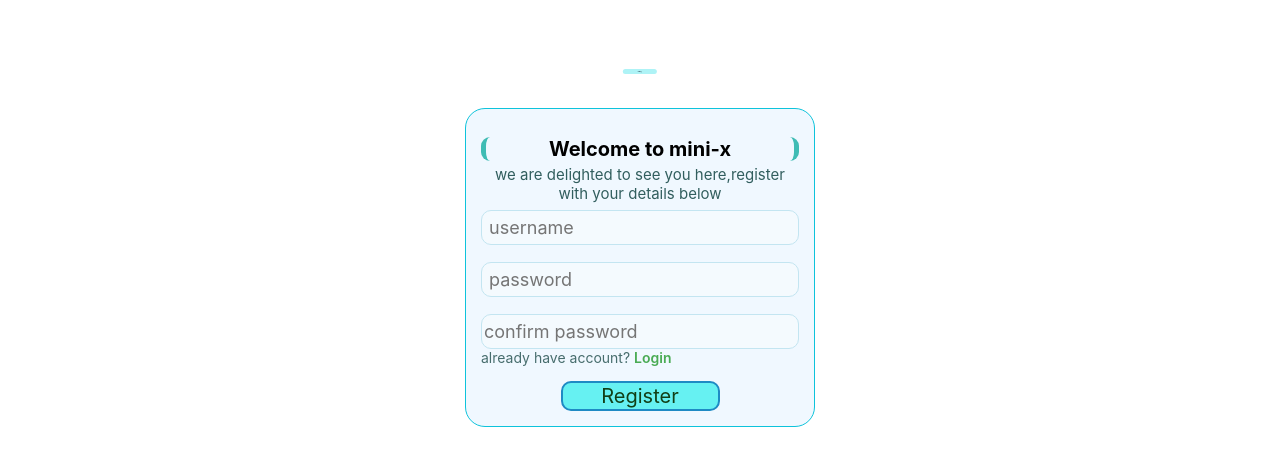
Repository: Usmanashir33/second-app
Page: /
These files come from the project's save history. The page is drawn as it stood at one moment and after the next save; the edit follows.
The browser window is 1280 px wide. The pictures show the whole page.
Some web libraries are served in a nearby version. The project was rebuilt for these pictures with package versions that can differ from the ones it lists, and the page was loaded fresh each time. Also part of the build but not shown: src/PostForm.js, src/Home.js, src/useFetch.js, src/CommentForm.js, src/PostCard.js, src/Posts.js, src/useGetUser.js, src/profile.css and 14 more.

Above is the page before, as saved 2024-07-24 09:56:19.

### public/index.html
<!DOCTYPE html>
<html lang="en">
  <head>
    <meta charset="utf-8" />
    <link rel="icon" href="%PUBLIC_URL%/favicon.ico" />
    <meta name="viewport" content="width=device-width, initial-scale=1" />
    <meta name="theme-color" content="#000000" />
    <meta
      name="description"
      content="Web site created using create-react-app"
    />
    <script src="https://kit.fontawesome.com/92b967c5a5.js" crossorigin="anonymous"></script>
    <link rel="apple-touch-icon" href="%PUBLIC_URL%/logo192.png" />
    <!--
      manifest.json provides metadata used when your web app is installed on a
      user's mobile device or desktop. See https://developers.google.com/web/fundamentals/web-app-manifest/
    -->
    <link rel="manifest" href="%PUBLIC_URL%/manifest.json" />
    <!--
      Notice the use of %PUBLIC_URL% in the tags above.
      It will be replaced with the URL of the `public` folder during the build.
      Only files inside the `public` folder can be referenced from the HTML.

      Unlike "/favicon.ico" or "favicon.ico", "%PUBLIC_URL%/favicon.ico" will
      work correctly both with client-side routing and a non-root public URL.
      Learn how to configure a non-root public URL by running `npm run build`.
    -->
    <title>React App</title>
  </head>
  <body>
    <noscript>You need to enable JavaScript to run this app.</noscript>
    <div id="root"></div>
    <!--
      This HTML file is a template.
      If you open it directly in the browser, you will see an empty page.

      You can add webfonts, meta tags, or analytics to this file.
      The build step will place the bundled scripts into the <body> tag.

      To begin the development, run `npm start` or `yarn start`.
      To create a production bundle, use `npm run build` or `yarn build`.
    -->
  </body>
</html>

### src/index.css

*{
  /* border: 1px solid ; */
  box-sizing: border-box;
  font-size: 20px;
  font-family:Arial, Helvetica, sans-serif;
  font-family: TwitterChirp, -apple-system, BlinkMacSystemFont, "Segoe UI", Roboto, Helvetica, Arial, sans-serif;
}
.normal{
  font-weight:normal;
}
:root{
  --sidebar-width:10%;
  --col1-width:65%;
  --col2-width:40%;
  --header-height:11.5vh;
  --border-color: rgb(140, 145, 145);
  --small-txt :16.5px;
  --small-txt-nav :13px;
  --small-txt-color:rgb(99, 98, 98);
  --post-card-hovor-bg : rgba(234, 234, 234, 0.375);
}
body{
  color-scheme: light;
  -webkit-text-size-adjust: 100%;
  -webkit-tap-highlight-color: rgba(0, 0, 0, 0);
}
.post-home-form{
  margin-top: 24px;
}
.inline{
  display: inline;
}
.block{
  display: block;
}
.bold{
  font-weight: 600;
}
.i-sizes{
  font-size: 26px;
  color:var(--small-txt-color);
}
.center-v{
  align-items: center;
}
.mr-back{
  margin: 10px 50px 0px 10px;
}
.simple-link{
  text-decoration: none;
  color: rgba(17, 50, 213, 0.918) !important;
}
.muted-txt{
  color: var(--small-txt-color);
}
.borderless{
  border: 0px !important;
}
.flex{
  display: flex;
}
.flex-center-colum{
  display: flex;
  flex-direction: column;
  align-items: center;
  justify-content: center;
}
.grid-center{
  display: flex;
  align-items: center;
  justify-content: center;
}
.v-line{
  background-color: red;
  border-left: 2px solid var(--border-color);
  height: 100%;
  margin-bottom: 10px;
}
.main-container{
  width: 100%;
  background-color: rgb(255, 255, 255) ;
  /* background-color: rgb(223, 45, 45) ; */
  position:relative;
}

.flex-end{
  display: flex;
  justify-content: space-between;
}

.add-media{
  color: rgb(16, 194, 244);
}
#add-post{
  background-color: rgb(16, 194, 244);
  border-radius: 20px;
  border: 1px;
  color: white;
  padding: 1px 13px 0px 13px;
}
.sidebar{
  background-color: rgb(255, 255, 255) ;
  position: fixed;
  top: 0px;
  display: grid;
  justify-content:end;
  width: var(--sidebar-width);
  border-right: 2px solid var(--border-color);
  padding: 0px 8px;
  height:100vh;
  overflow: hidden ;
  overflow-y:scroll;
  scrollbar-color: rgba(153, 183, 194, 0.991) white;
}

.container{
  display: flex;
  position:absolute;
  top:-9px;
  width:85%;
  margin-left: calc(var(--sidebar-width) + 5px);
}

.sidebar a,.sidebar div {
  height: 50px;
  margin: 10px 05px;
  justify-content: center;
  color: rgb(10, 10, 23);
}
#logo{
  width: 100%;
  height: 100%;
  object-fit:fill;
  /* border: 2px solid yellow; */
  border-radius: 50px;
}
.side-element i{
  font-size:25px ;
  padding: 12px;
  border-radius: 50px;
}
.side-element i:hover{
  background-color: rgba(171, 175, 184, 0.381);
}
.col1,.col1-clone{
  background-color: #eff0ec35;
  width: 60%;
  max-height: 100vh;
  /* overflow-y:auto; */
}
.home-container{
  width:100%;
  /* border: 5px solid red; */
}
.comment-container{
  background-color: white !important;
  width: 50% !important;
  min-width: 430px;
  left: 50%;
  transform: translateX(-50%);
  margin: 0px auto;
  border: 2px solid var(--border-color);
  border-radius: 10px;
  padding: 5px;
}
.comment-form{
  /* width:unset !important; */
  background-color: white;
  border-radius: 20px;
}
.float-form{
  position: fixed;
  top : 20%;
  /* transform: translateY(-50%); */
  z-index: 9999;
}
.relative{
  position:relative;
}
.form-header{
  display: flex;
  justify-content: space-between;
  margin:5px 0px 10px 0px;
}
.back{
  display: none;
}
.back:hover,.cancel:hover{
  padding: 5px;
  border-radius: 50px;
  background-color: rgba(171, 175, 184, 0.381);
}
#reply-button{
  border-radius:20px ;
  background-color:rgb(27, 188, 246);
  color: white;
  border: 0px;
  padding: 2px 15px;
}
.right-top{
  position: absolute;
  right:2px;
  top: 0px;
}
.right-bottom{
  position: absolute;
  right:2px;
  bottom: 0px;
}
.small-txt{
  font-size:16px;
}
textarea{
  min-width: 100%;
  max-width: 100%;
  max-height: 40vh;
  background-color: unset;
  padding: 12px;
  border: 0px;
  resize:none;
  /* overflow: hidden; */
}
textarea:focus-within{
  outline: none;
  /* background-color: red; */
}
.form-footer{
  display: flex;
  margin:5px 0px 10px 0px;
}
.comment-upload-label{
  color: rgb(12, 130, 234);
}
.comment-upload-label > i{
  width: 80px;
  font-size: 25px;
  /* font-weight: bold; */
}

#comment-file-input{
  /* display: none; */
}

.hidden{
 display: none;
}

.space-fixed{
  position:-webkit-sticky;
  position: sticky;
  top: 70px;
}
.fixed{
  position: fixed;
  top: 5px;
  width: 100%;
}
.cols-container{
  display: flex;
  margin-left: calc(var(--sidebar-width) + 3px);
}
.col2{
  /* display: none; */
  /* position: absolute; */
  /* right: 5px; */
  margin-left: 6px;
  top: 0px;
  padding: 10px 20px;
  width: var(--col2-width);
}
.search-icon {
  display: inline;
  position: absolute;
  left: 12px;
  top: 12px;
  color: rgba(115, 112, 112, 0.825);
}
.search-form input{
  width:88%;
  border-radius: 20px;
  height: 2.1rem;
  padding: 0px 39px;
  background-color: rgb(224, 238, 250);
  border: 0px;
}
.relative{
  position: relative;
}
.search-form,.page-header,.sticky-top{
  background-color: rgba(255, 255, 255, 0.95);
  /* background-color: rgba(241, 26, 26, 0.982); */
  position: -webkit-sticky;
  position: sticky;
  top: 0;
  padding-top: 5px;
  z-index: 9999;
}
.search-form{
  height: var(--header-height);
}
.page-header{
  height: auto;
  max-width: 600px;
}
.header-txt{
  font-weight: bolder;
  margin-bottom: 10px;

}
.header-links{
  display: flex;
  width: 100%;
  text-align: center;
  overflow-x: hidden;
}
.header-link{
  text-decoration: none;
  cursor: pointer;
  /* background-color: red; */
  /* background-color: rgba(199, 196, 196, 0.419); */
  padding: 3px 7px 8px 7px ;
  padding: 15px ;
  text-align: center;
  height: 100%;
  color: var(--small-txt-color);
  font-weight: 500;
}
.header-link:focus{
  border-bottom: 3PX SOLID rgb(86, 160, 246);
  border-radius:0px 0px 5px 5px;
  outline: none;
}
.active{ /* tthis is for react NavLink  */
  border-bottom: 2px solid rgb(86, 160, 246);
  border-radius:0px 0px 2px 2px;
  outline: none;
}
.header-link:hover{
  background-color: rgba(199, 196, 196, 0.419);
}
.search-form input:active{
  background-color: rgba(255, 255, 255, 0.169);
  border: 1px solid rgb(99, 206, 233);
}
.posts-container{
  height: max-content;
}
.post-card{
  max-width: 600px;
  display: flex;
  padding-top: 8px;
  /* margin-bottom: 5px; */
  border-bottom: 1px solid rgb(211, 210, 210);
}
.post-card:hover{
  background-color: var(--post-card-hovor-bg)
}
.post-col1{
  width: 15%;
  display: flex;
  justify-content: center;
  /* align-items: center; */
  /* border: 1px solid red; */
}
.post-col2{
  width: 85%;
}
.post-header{
  display: flex;
  align-items: center;
  justify-content:space-between;
  /* margin-right: 10px; */
  width: 100%;
}
.post-userdata{
  display: flex;
  width: 90%;
}
.post-dot {
  /* border: 1.5px solid red; */
  display: flex;
  justify-content: end;
  padding-right:8px;
  width: 10%;
  font-size: 17px;
}
.post-dot-container{
  border:2px solid rgba(82, 78, 78, 0.211);
  position: absolute;
  background-color: rgb(255, 255, 255);
  font-weight: 500;
  border-radius: 10px;
  padding: 10px;
  z-index: 9999;
}
.post-dot-container a  span {
  display: block;
  color: rgb(0, 0, 0);
  font-size: 16px;
  margin-bottom: 13px;
  padding: 0px 7px;
}
.post-dot-container a {
  text-decoration: none;
}
.post-dot-container span:hover{
  background-color: rgba(218, 211, 211, 0.33);
}
.post-name,.post-username,.post-date{
  text-wrap:nowrap;
  overflow-x: hidden;
  margin: 3px 5px 0px 0px ;
}
.post-name{
  max-width: 55%;
  font-size:16px;
  font-weight: bold;
  color:rgb(5, 5, 5);
}
.post-username{
  max-width: 30%;
  font-size:var(--small-txt);
  color: var(--small-txt-color);
}
.post-date{
  font-size:var(--small-txt);
  color: var(--small-txt-color);
}
.post-txt{
  font-size: 0.9rem;
  /* font-size: 15px; */
  margin-top: 10px;
  color: rgb(15, 20, 25);
}
.post-media{
  border-radius: 10px;
  margin-top: 5px;
  display: flex;
  flex-wrap: wrap;
  width: 100%;
  gap: 2px;
  /* max-height: 85%; */
}
.post-image{
  max-width: 100%;
  height: 100%;
  object-fit: cover;
  /* border: 2px solid var(--border-color); */
  border-radius: 3px;
}
.postnav{
  display: flex;
  align-items: center;
  justify-content:space-between;
  padding: 3px;
  margin: 10px 0px;
  /* color: red; */
  /* background-color: rgba(199, 203, 203, 0.281); */
}

.profile-image{
  width: 48px;
  height: 48px;
  border-radius:50%;
  margin: 0px auto;
}
.liked{
  font-weight: bold !important;
  color: rgba(255, 4, 4, 0.687) !important;
}
.rotate{
  position: relative;
  transform-origin: 50% 50%;
  animation: like-rotator 100ms ease-out;
}
.reposted{
  color: rgba(4, 111, 18, 0.99) !important;
  font-weight: bold !important;

}
.postnav .post-nav-link div {
  font-size: calc(var(--small-txt) - 1.5px);
  /* font-size: 15px; */
  color: var(--small-txt-color);
  /* color: red; */
}
.post-nav-link{
  text-decoration: none;
  font-weight: bold;
}
.postnav div i:hover ,.post-dot i:hover{
  color:green;
  font-weight: bold;
  background-color: rgba(36, 171, 36, 0.233);
  padding: 3px;
  border-radius: 50px;
}
.comment-form-dialog{
  background-color: rgb(255, 255, 255);
  /* outline: none; */
  border: none;
  max-width: 280px;

  border-radius: 20px;
  /* gap:10px; */
}
.cancel-dialog,.confirm-action{
  background-color: rgb(0, 0, 0);
  border-radius: 20px;
  border: 1px solid black;
  width: 100%;
  color: rgb(250, 251, 252);
  margin: 12px ;
  padding: 5px 10px;
  font-weight:600;

}
.confirm-action{
  background-color: rgba(251, 249, 249, 0.896);
  color: black;
}
.confirm-action:hover{
  background-color: rgba(11, 7, 1, 0.586);
  color:white;
}
.dialog-question{
  margin-bottom: 20px;
  font-size: 20px;
}
.absolute{
  position: absolute;
}
.triangle{
  position: absolute;
  bottom: -35px;
  /* left: 3px; */
  width: 0;
  height: 0;
  border-top: 30px solid transparent;
  border-bottom: 15px solid transparent;
  border-left: 25px solid rgb(255, 255, 255);
  transform: rotate(90deg);
}
.tri-content a,.current-account{
  color: black;
  font-size: 16px;
  display: block;
}
.current-account{
  display:inline;
}
.tri-content {
  /* font-size: 14px; */
  padding: 5px 15px ;
  position:fixed;
  left: 2%;
  bottom: 14%;
  background-color: white;
  box-shadow: 10px 8px 16px rgba(86, 72, 72, 0.2);
  z-index: 999;
  width:max-content ;
  border-radius: 12px;
  /* border: 2px solid red; */
}
.loading-container{
  background-color: rgb(174, 243, 246);
  width:max-content;
  font-size: 1px !important;
  text-align: center;
  border-radius: 5px;
  padding: 2px 15px;
  color: rgb(7, 4, 29);
  font-size: 20px;
  position: fixed;
  top:-40px;
  left: 50%;
  transform: translateX(-50%);
  z-index: 9999;
}
.error-container{
  text-align: center;
  margin: 100px auto;
  margin-top: 100px;
  color: rgb(213, 1, 1);
  background-color: bisque;
  width: 50%;
  font-weight: bolder;
  border-radius: 10px;
}
@media screen and (max-width:1000px) {
  .col2{
      display: none;
  }
  .col1,.col1-clone{
      width: 100%;
      max-width: 680px;
      /* max-height: 100vh; */

  }


}
@media screen and (max-width:650px) {
  .comment-container{
    height: 100vh;
    width: 100vw !important;
    border: 0px solid var(--border-color);
    padding: 20px 19px 0px 20px !important;
  }
  .float-form{
    top : 0px;
  }
  .cancel{
    display: none;
  }
  .back{
    display: block;
  }
}
.post-detail-page > div{
  /* background-color: red; */
  /* padding-top: 15%; */
  position: absolute;
  top:60px;
  /* left: 30px; */
}

@keyframes like-rotator {
  0% {
      transform: rotate(0deg);
  }
  50% {
      /* background-color: blueviolet; */
  }
  75% {
      /* background-color:rgba(9, 123, 92, 0.46) ; */
      /* color: blue; */
  }
  100% {
      transform: rotate(360deg);
  }
}

### src/App.js
import { BrowserRouter as Router,Route,Switch} from "react-router-dom/cjs/react-router-dom.min";
import Register from "./account/Register";
import Col1 from "./Col1";
import Col2 from "./Col2";
import Container from "./Container";
import AuthContextProvider from "./contexts/AuthContext";
import Sidebar from "./Sidebar";
import { useEffect } from "react";


function App() {
  // const hideAllDD = () => {
  //   const dropChilderen = document.querySelectorAll('.dropdown');
  //   if (dropChilderen){
  //       dropChilderen.forEach((dropchild) => {
  //           dropchild.classList.add("hidden")
  //       });
  //   }
  // };
  // const logoutCont = (e) => {
  //   hideAllDD();
  //   const LogoutContainer = document.querySelector(".tri-content");
  //   LogoutContainer.classList.remove('hidden');
  //   e.stopPropagation();
  // };
  // const stopChildLinks = () => {
  //   document.querySelectorAll('.child-link').forEach((child) => {
  //     child.addEventListener("click",(event) => {
  //       console.log(event.target);
  //       console.log('child link clicked');
  //         event.stopPropagation();
  //     })
  //   })
  // }
  // document.addEventListener('click',() => {
  //   hideAllDD();
  // })
  // useEffect(() => {
  //   // stopChildLinks();
  // })

  return (
  <div className="App main-container">
    <AuthContextProvider>
      <Router>
        <Switch>

          <Register/>
          {/* <Sidebar />  */}
          {/* <Container /> */}
          <div className="cols-container">
            {/* <Col1/> */}
            {/* <Col2/> */}
          </div>
      </Switch>
      </Router>
    </AuthContextProvider>
  </div>
  );
}

export default App;

### src/account/Register.js
import {useContext, useState } from "react";
import "./register.css";
import useLogin from "../hooks/LoginHook";
import { authContext } from "../contexts/AuthContext";

const Register = () => {
    const resetForm = () => {
        setUsername('');setPassword1('');setPassword2('')
        }
    const {loading} = useContext(authContext);
    const {logging,failed,login} = useLogin(resetForm);
    const [haveaccount,setHaveAccount] = useState(false);
    const [username,setUsername]= useState('');
    const [password1,setPassword1]= useState('');
    const [password2,setPassword2]= useState('');

    const handleForm = (e) => {
        e.preventDefault();
        if (haveaccount){ // login
            const user = {username,password1}
            login(user);
        }else{ // register
            const new_user = {username,password1,password2}
            alert('new');
            resetForm()
        }

    }
    // return !isAuthenticated? (
    return(
        <div className="r-form">
            {<div className="loading-container">loading...</div>}
            { logging && <div className="loading-container">{logging}</div>}
            {failed && <div className="error-container">{failed}</div>}
            <form onSubmit={(e) => {handleForm(e)}}>
                {!haveaccount && <h1>Welcome to mini-x</h1>}
                {haveaccount && <h1>Welcome back to mini-x</h1>}
                {!haveaccount && <p className="welcoming">we are delighted to see you here,register with your details below</p>}
                { haveaccount && <p className="welcoming">Sign up with your details below</p>}
                <section>
                    <input type="text" name="username" id="username"
                    required value={username} onChange={(e) => {setUsername(e.target.value)}}  placeholder=" username" />
                </section>
                <section>
                    <input type="password" name="password1" id="password1"
                    required value={password1} onChange={(e) => {setPassword1(e.target.value)}}   placeholder=" password" />
                </section>
                { !haveaccount && <section className="password2">
                    <input type="password" name="password2" id="password2"
                    required value={password2} onChange={(e) => {setPassword2(e.target.value)}}   placeholder="confirm password" />
                </section>}
                {!haveaccount && <p className="have-account">already have account? <span onClick={(e) => {setHaveAccount(true)}}>Login</span></p>}
                {haveaccount && <p className="have-account">Don't have account? <span onClick={(e) => {setHaveAccount(false)}}>Register</span></p>}
                {!haveaccount && <button type="submit">Register</button>}
                {haveaccount && <button type="submit">Login</button>}
            </form>
        </div>
    //  ) : <Redirect to='/'/>;
     );
}

export default Register;

### src/contexts/AuthContext.js
import { jwtDecode } from "jwt-decode";
import { createContext, useState } from "react";
import config from "../hooks/Config";
export const authContext = createContext();


const AuthContextProvider = ({children}) => {
    const [isAuthenticated,setIsAuthenticated] = useState(
        localStorage.getItem("access")? localStorage.getItem("access") : false
    );
    const [loading,setLoading] = useState(false);
    const refreshToken = () => {
        const RToken = localStorage.getItem('refresh');
        if (RToken){
            fetch(`${config.BASE_URL}/api/token/refresh/`,{
                method:"POST",
                headers:{"Content-Type":"application/js"},
                body: JSON.stringify(RToken)
            })
            .then((resp) => {return resp.json()})
            .then((data) => {
                localStorage.setItem('access',data.access);
            })}
        else{
            setIsAuthenticated(false);
        }
    }
    const getToken = () => {
        let token = localStorage.getItem('access');
        if (token){
            let decoded = jwtDecode(token);
            if (decoded.exp < Date.now()){
                refreshToken();
                return getToken();
            }
            return token;
        }else{
            setIsAuthenticated(false);
        }
    }
    const logOut = () => {
        localStorage.removeItem('access');
        localStorage.removeItem('refresh');
        setIsAuthenticated(false);
    }
    return (
        <authContext.Provider value={{
            isAuthenticated,setIsAuthenticated,logOut,
            loading,setLoading,getToken,refreshToken
        }} >
            {children}
        </authContext.Provider>
     );
}

export default AuthContextProvider;

### src/account/register.css
.r-form{
    /* margin: 0px auto; */
    border: 1px  rgb(14, 195, 219);
    border-style :groove;
    border-radius: 20px;
    padding: 15px;
    max-width: 350px;
    /* min-height: 380px; */
    text-align: center;
    position: relative;
    left: 50%;
    top: 100px;
    transform: translateX(-50%);
    background-color: aliceblue;
    /* transform: translateY(-50%); */
}
form section{
    margin-top: 12px;
}
form h1{
    border-left: 5px solid rgb(63, 188, 180);
    border-right: 5px solid rgb(63, 188, 180);
    border-radius:9px;
}
form .welcoming{
    font-size: 15px;
    color: rgb(49, 94, 94);
    margin: -10px 0px;

}
form section input{
    width: 100%;
    height: 35px;
    margin-top: 5px;
    border-radius:10px;
    border: none;
    background-color: rgba(253, 253, 248, 0.24);
    border: 1.5px solid rgb(195, 229, 241);
    font-size: 18px;
    padding: 0px 2px;
}
form section input:focus-visible{
    padding: 2px;
    outline: 1px dashed rgb(7, 169, 209);
}
form section input:hover{
    background-color: rgb(232, 244, 246);
}
.have-account{
    font-size: 14px;
    color: rgb(71, 109, 109);
    margin: 0px 0px;
    text-align: left;

}
.have-account span{
    font-size: 14px;
    color: rgba(3, 138, 12, 0.702);
    font-weight: 600;
}
.have-account span:hover{
    border-radius: 4px;
    padding: 0px 5px;
    background-color: aqua;
    color: rgb(31, 43, 31);
}
button[type='submit']{
    display:block;
    width: 50%;
    border-radius: 10px;
    border: 1px  ;
    color: rgb(17, 63, 23);
    background-color: rgba(88, 241, 241, 0.91);
    margin: 0px auto;
    border:2px double rgb(30, 138, 196) ;
    margin-top: 15px ;
}
button[type='submit']:hover{
    border: 1.5px dashed rgb(41, 72, 98);
}

### src/hooks/LoginHook.js
import { useContext, useState } from "react";
import { authContext } from "../contexts/AuthContext";
import config from "./Config";

const useLogin = () => {
    const [logging,setLogging] = useState('');
    const [failed,setFailed] = useState('');
    const {setLoading,setIsAuthenticated} = useContext(authContext);
    const login = (userData) => {
        setLoading(true);
        fetch(`${config.BASE_URL}/api/token/`,{
            method:"POST",
            headers : {
                "Content-Type":"application/json",
            },
            body:JSON.stringify(userData)
        }).then((resp) => {
            if (resp.ok){
                return resp.json();
            }
            setLoading(false);
            setFailed("failed");
        })
        .then((data) => {
            setLoading(false);
            localStorage.setItem('access',data.access);
            localStorage.setItem('refresh',data.refresh);
            setLogging("success");
            setIsAuthenticated(true);
        }).catch((err) => {
            setLoading(false);
            setFailed(err.message)
        })
        .finally(() => {
            setTimeout(() => {
                setFailed('');
                setLogging('');
                setLoading(false)
            }, 700);
        })
    }
    return {logging,failed,login};
}

export default useLogin;

### src/hooks/Config.js
const config = {
    BASE_URL : 'http://127.0.0.1:8000',
}

export default config;

Loaded but not shown: src/index.js (common file)

After the next save:
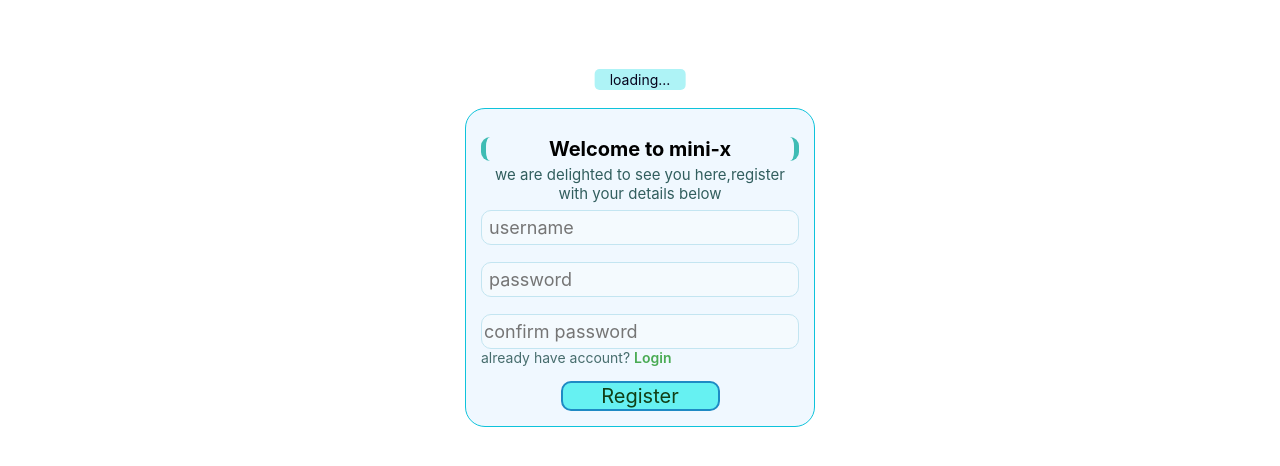
Saved 1 s later.
--- a/src/index.css
+++ b/src/index.css
@@ -566,7 +566,7 @@ textarea:focus-within{
 .loading-container{
   background-color: rgb(174, 243, 246);
   width:max-content;
-  font-size: 1px !important;
+  font-size: 14px !important;
   text-align: center;
   border-radius: 5px;
   padding: 2px 15px;
